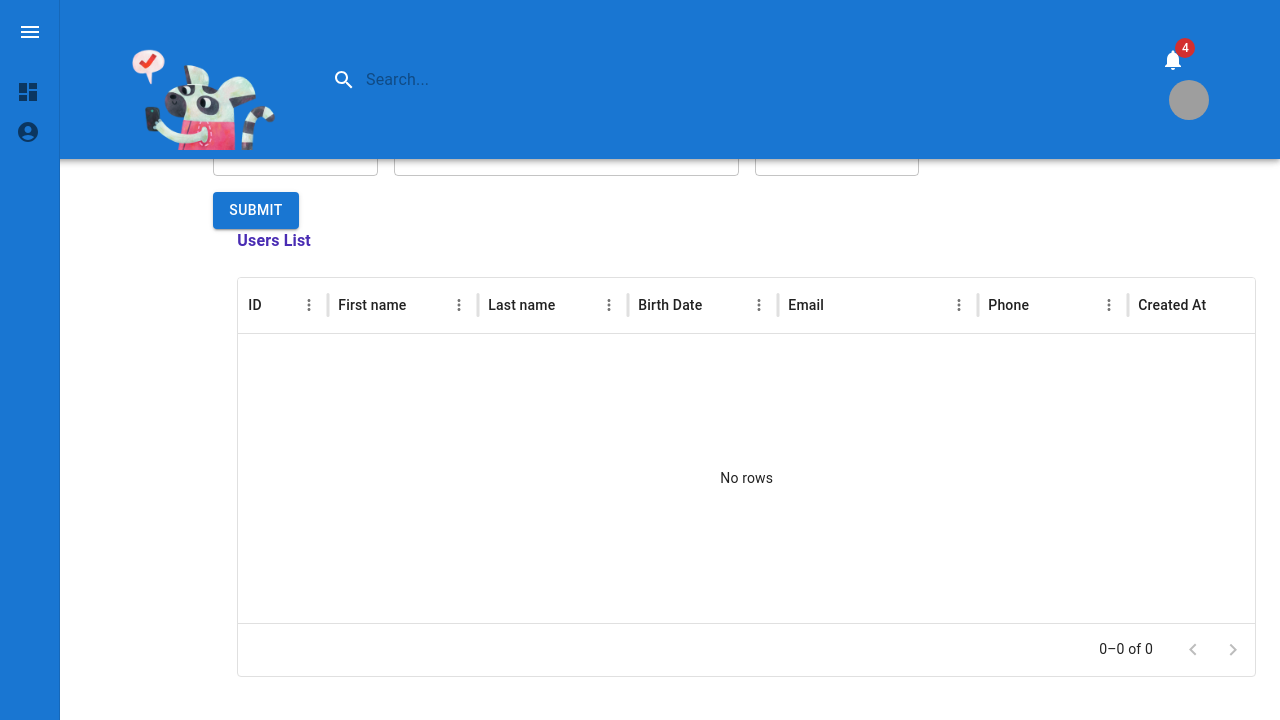
Repository: lenx0/front-client-manager
Page: /
An editor plug-in stored every save of this project. The page is shown before and after the next save, followed by the edit.
The browser window is 1280 px wide. The pictures show the whole page.
Pictures or frames that could not be fetched are drawn as grey boxes. The page's requests for data from a server got no answer. The project was rebuilt for these pictures with package versions that can differ from the ones it lists, and the page was loaded fresh each time. No one was signed in, and anything a server would have sent is missing. Also part of the build but not shown: vite.config.js, src/App.css.

Above is the page before, as saved 2024-06-25 13:06:27.

### index.html
<!doctype html>
<html lang="en">
  <head>
    <meta charset="UTF-8" />
    <meta name="viewport" content="width=device-width, initial-scale=1.0" />
    <title>Client Manager</title>
  </head>
  <body>
    <div id="root"></div>
    <script type="module" src="/src/main.jsx"></script>
  </body>
</html>

### src/App.jsx
import { Box, Grid } from '@mui/material'
import './App.css'
import UserForm from './components/UserForm'
import UserList from './components/UserList'
import Header from './components/Layout/Header'
import Sidebar from './components/Layout/Sidebar'

function App() {

  return (
    <Grid container>
      <Grid item xs={12}>
        <Header />
      </Grid>
      <Grid item xs={2}>
        <Sidebar />
      </Grid>
      <Grid item xs={10}>
        <UserForm />
        <UserList />
      </Grid>
    </Grid>
  )
}

export default App

### src/components/UserForm.jsx
import React from 'react';
import { useForm } from 'react-hook-form';
import CustomInput from './CustomInput';
import { Button, Grid, Typography } from '@mui/material';
import axios from 'axios';

const UserForm = () => {
  const { handleSubmit, control, reset } = useForm();

  const onSubmit = async (data) => {
    try {
      const response = await axios.post('http://localhost:3100/v1/users/create', data);
      console.log('Dados enviados com sucesso:', response.data);
      reset();
    } catch (error) {
      console.error('Erro ao enviar dados:', error);
    }
  };

  return (
    <Grid container direction="column" xs={12}>
      <Typography fontWeight={700} pb={3} color="#492cb3">
        General Details
      </Typography>
      <form onSubmit={handleSubmit(onSubmit)}>
        <Grid container spacing={2}>
          <Grid item xs={6}>
            <CustomInput
              name="firstName"
              control={control}
              label="First Name"
              rules={{ required: 'First name is required' }}
            />
          </Grid>
          <Grid item xs={6}>
            <CustomInput
              name="lastName"
              control={control}
              label="Last Name"
              rules={{ required: 'Last name is required' }}
            />
          </Grid>
          <Grid item xs={2}>
            <CustomInput
              name="birthDate"
              control={control}
              label="Birth Date"
              placeHolder="none"
              type="date"
              rules={{ required: 'Birth date is required' }}
              defaultValue=""
            />
          </Grid>
          <Grid item xs={4}>
            <CustomInput
              name="email"
              control={control}
              label="Email"
              type="email"
              rules={{
                required: 'Email is required',
                pattern: {
                  value: /^[a-zA-Z0-9_.+-]+@[a-zA-Z0-9-]+\.[a-zA-Z0-9-.]+$/,
                  message: 'Enter a valid email address',
                },
              }}
            />
          </Grid>
          <Grid item xs={2}>
            <CustomInput
              name="phone"
              control={control}
              label="Phone"
              rules={{ required: 'Phone number is required' }}
            />
          </Grid>
          <Grid item xs={12}>
            <Button type="submit" variant="contained" color="primary">
              Submit
            </Button>
          </Grid>
        </Grid>
      </form>
    </Grid>
  );
};

export default UserForm;

### src/components/UserList/index.jsx
import React, { useState, useEffect } from 'react';
import { DataGrid } from '@mui/x-data-grid';
import axios from 'axios';
import { Box, Container, Typography } from '@mui/material';

const UserList = () => {
  const [users, setUsers] = useState([]);
  const [loading, setLoading] = useState(true);

  useEffect(() => {
    const fetchUsers = async () => {
      try {
        const response = await axios.get('http://localhost:3100/v1/users/list');
        setUsers(response.data);
        setLoading(false);
      } catch (error) {
        console.error('Erro ao buscar usuários:', error);
        setLoading(false);
      }
    };

    fetchUsers();
  }, []);

  const columns = [
    { field: 'id', headerName: 'ID', width: 90 },
    { field: 'firstName', headerName: 'First name', width: 150 },
    { field: 'lastName', headerName: 'Last name', width: 150 },
    { field: 'birthDate', headerName: 'Birth Date', width: 150 },
    { field: 'email', headerName: 'Email', width: 200 },
    { field: 'phone', headerName: 'Phone', width: 150 },
    { field: 'moment', headerName: 'Created At', width: 180 },
  ];

  const rows = users.map((user, index) => ({
    id: index + 1,
    ...user,
  }));

  return (
    <Container>
      <Typography fontWeight={700} pb={3} color="#492cb3">Users List</Typography>
      <Box style={{ height: 400, width: '100%' }}>
        <DataGrid
          rows={rows}
          columns={columns}
          pageSize={5}
          rowsPerPageOptions={[5]}
          loading={loading}
          pagination
          paginationMode="client"
          initialState={{
            pagination: {
              paginationModel: { page: 1, pageSize: 5 }
            },
            sorting: {
              sortModel: [{ field: 'orderDate', sort: 'desc' }]
            }
          }}
        />
      </Box>
    </Container>
  );
};

export default UserList;

### src/components/Layout/Header.jsx
import React from 'react';
import { AppBar, Toolbar, Typography, InputBase, IconButton, Badge, Avatar, Grid } from '@mui/material';
import { Menu as MenuIcon, Search as SearchIcon, Notifications as NotificationsIcon, AccountCircle as AccountCircleIcon } from '@mui/icons-material';

const Header = () => {
  return (
    <AppBar position="fixed" sx={{ bgcolor: 'primary.main' }}>
      <Toolbar>
        <Grid container alignItems="center">
          <Grid item xs={1}>
            <IconButton
              size="large"
              edge="start"
              color="inherit"
              aria-label="open drawer"
            >
              <MenuIcon />
            </IconButton>
          </Grid>
          <Grid item xs={2}>
            <Typography variant="h6" noWrap>
              <img width={150} height={150} src="/images/jungle-message-sent-2.png"/>
            </Typography>
          </Grid>
          <Grid item xs={8}>
            <div style={{ display: 'flex', alignItems: 'center' }}>
              <SearchIcon style={{ marginRight: '10px' }} />
              <InputBase
                placeholder="Search..."
                inputProps={{ 'aria-label': 'search' }}
                fullWidth
              />
            </div>
          </Grid>
          <Grid item xs={1}>
            <IconButton color="inherit">
              <Badge badgeContent={4} color="error">
                <NotificationsIcon />
              </Badge>
            </IconButton>
            <Avatar alt="User Avatar" src="/avatar.jpg" sx={{ ml: 2 }} />
          </Grid>
        </Grid>
      </Toolbar>
    </AppBar>
  );
};

export default Header;

### src/components/Layout/Sidebar.jsx
import React, { useState } from 'react';
import { Drawer, List, ListItem, ListItemIcon, ListItemText, IconButton } from '@mui/material';
import { Dashboard as DashboardIcon, AccountCircle as AccountCircleIcon, Menu as MenuIcon } from '@mui/icons-material';

const Sidebar = () => {
    const [open, setOpen] = useState(false);

    const toggleDrawer = () => {
        setOpen(!open);
    };

    const handleListItemClick = () => {
        setOpen(true); // Expande o Drawer ao clicar em qualquer item da lista
    };

    return (
        <Drawer
            variant="permanent"
            sx={{
                width: open ? 240 : 60,
                flexShrink: 0,
                '& .MuiDrawer-paper': {
                    width: open ? 240 : 60,
                    boxSizing: 'border-box',
                    transition: 'width 0.3s ease-in-out',
                    bgcolor: 'primary.main',
                    color: 'white',
                },
            }}
        >
            <div style={{ display: 'flex', justifyContent: 'center', alignItems: 'center', height: '64px' }}>
                <IconButton onClick={toggleDrawer} sx={{ color: 'white' }}>
                    <MenuIcon />
                </IconButton>
            </div>
            <List>
                <ListItem button onClick={handleListItemClick}>
                    <ListItemIcon>
                        <DashboardIcon />
                    </ListItemIcon>
                    {open && <ListItemText primary="Dashboard" />}
                </ListItem>
                <ListItem button onClick={handleListItemClick}>
                    <ListItemIcon>
                        <AccountCircleIcon />
                    </ListItemIcon>
                    {open && <ListItemText primary="Profile" />}
                </ListItem>
            </List>
        </Drawer>
    );
};

export default Sidebar;

### src/components/CustomInput.jsx
import React from 'react';
import { Controller } from 'react-hook-form';
import TextField from '@mui/material/TextField';

const CustomInput = ({ name, control, label, type = 'text', rules, defaultValue = '' }) => {
  return (
    <Controller
      name={name}
      control={control}
      defaultValue={defaultValue}
      rules={rules}
      render={({ field, fieldState: { error } }) => (
        <TextField
          {...field}
          label={label}
          type={type}
          error={!!error}
          helperText={error ? error.message : null}
          variant="outlined"
          InputLabelProps={type === 'date' ? { shrink: true } : {}}
          fullWidth
        />
      )}
    />
  );
};

export default CustomInput;

Loaded but not shown: src/main.jsx (common file); src/index.css (common file)

After the next save:
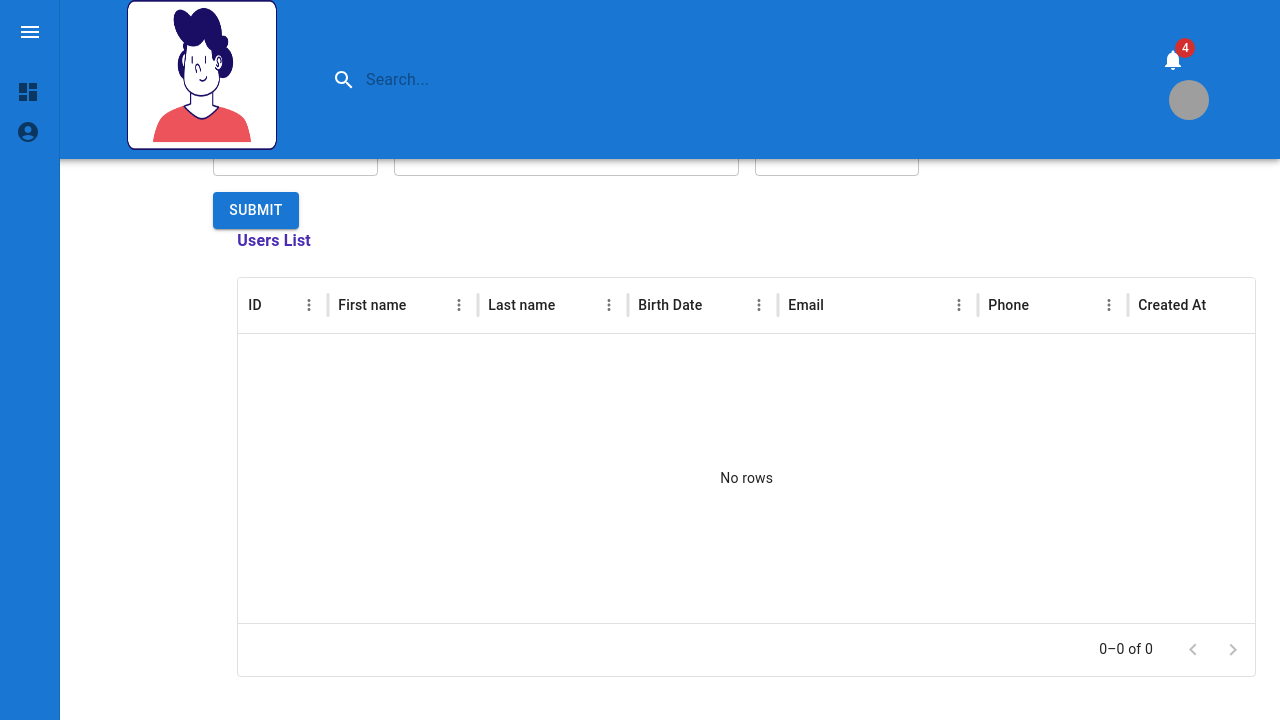
Saved 3 min 19 s later.
--- a/src/components/Layout/Header.jsx
+++ b/src/components/Layout/Header.jsx
@@ -19,7 +19,7 @@ const Header = () => {
           </Grid>
           <Grid item xs={2}>
             <Typography variant="h6" noWrap>
-              <img width={150} height={150} src="/images/jungle-message-sent-2.png"/>
+              <img width={150} height={150} src="/images/bendy-call-user-window.png"/>
             </Typography>
           </Grid>
           <Grid item xs={8}>
